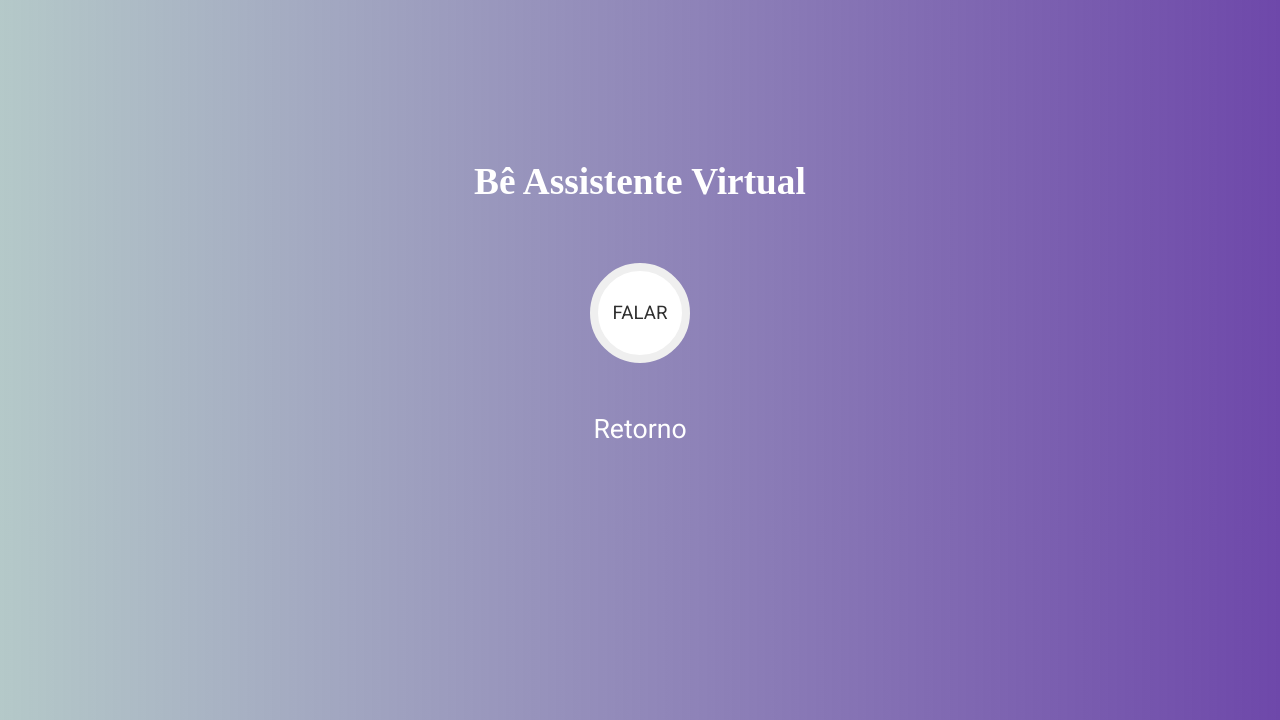
Repository: pettinelli1202/Ana-VirtualAssistant
Page: index.html
These files come from the project's save history. The page is drawn as it stood at one moment and after the next save; the edit follows.
The browser window is 1280 px wide. The pictures show the whole page.
Some web fonts or font styles are not loaded; a fallback is used.

Above is the page before, as saved 2023-05-11 06:00:55.

After the next save:
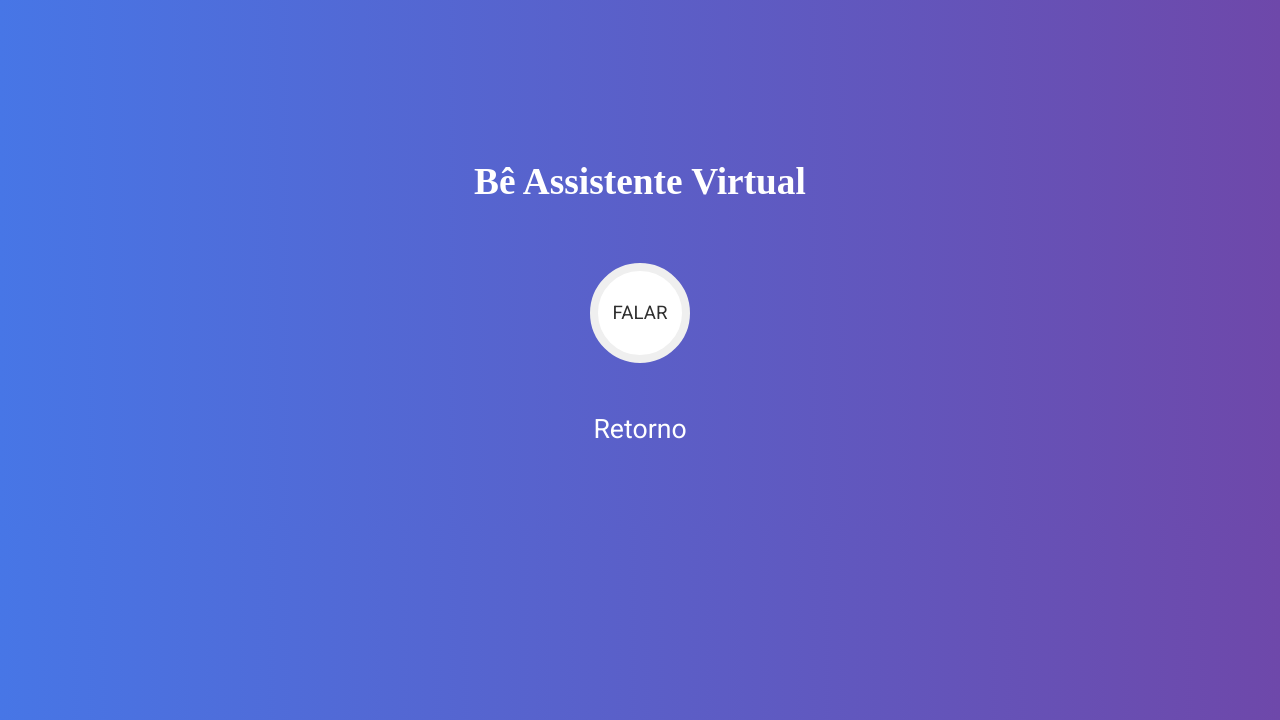
Saved 4 s later.
--- a/css/style.css
+++ b/css/style.css
@@ -8,7 +8,7 @@
 }
 
 body {
-    background: linear-gradient(to right, #4776, #6e48aa);
+    background: linear-gradient(to right, #4776e6, #6e48aa);
 }
 
 
